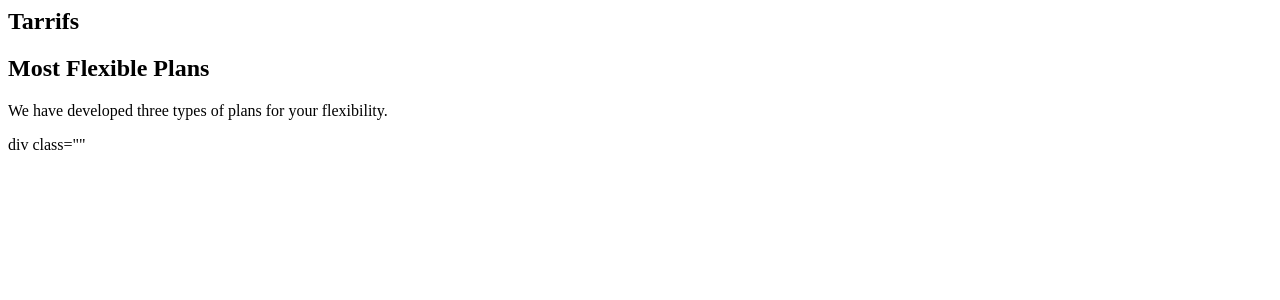
Repository: sanyathecreator/udrive-carsharing
Page: index.tarrifs.partial.html
These files come from the project's save history. The page is drawn as it stood at one moment and after a run of saves; the edit follows.
The browser window is 1280 px wide. The pictures show the whole page.

Above is the page before, as saved 2025-09-10 23:46:18.

### index.tarrifs.partial.html
<section class="tarrifs">
    <div class="plans__payments container">
      <h1 class ="plans__payments-title">Tarrifs</h1>
      <h2 class="plans__payments-subtitle">Most Flexible Plans</h2>
      <p class="plans__payments-text">We have developed three types of plans for your flexibility.</p>
    </div>

div class=""

After the next 4 saves:
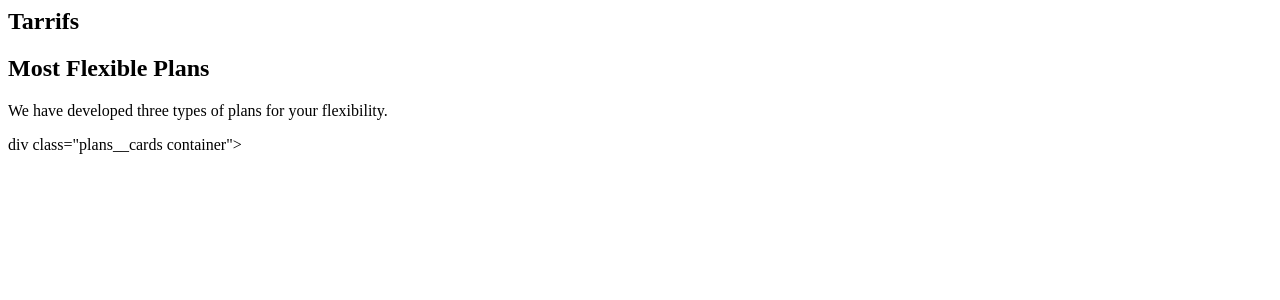
The 4 saves are shown as one change because they came seconds apart.
The last was saved 13 s later.
--- a/index.tarrifs.partial.html
+++ b/index.tarrifs.partial.html
@@ -5,4 +5,4 @@
       <p class="plans__payments-text">We have developed three types of plans for your flexibility.</p>
     </div>
 
-div class=""
+div class="plans__cards container">
